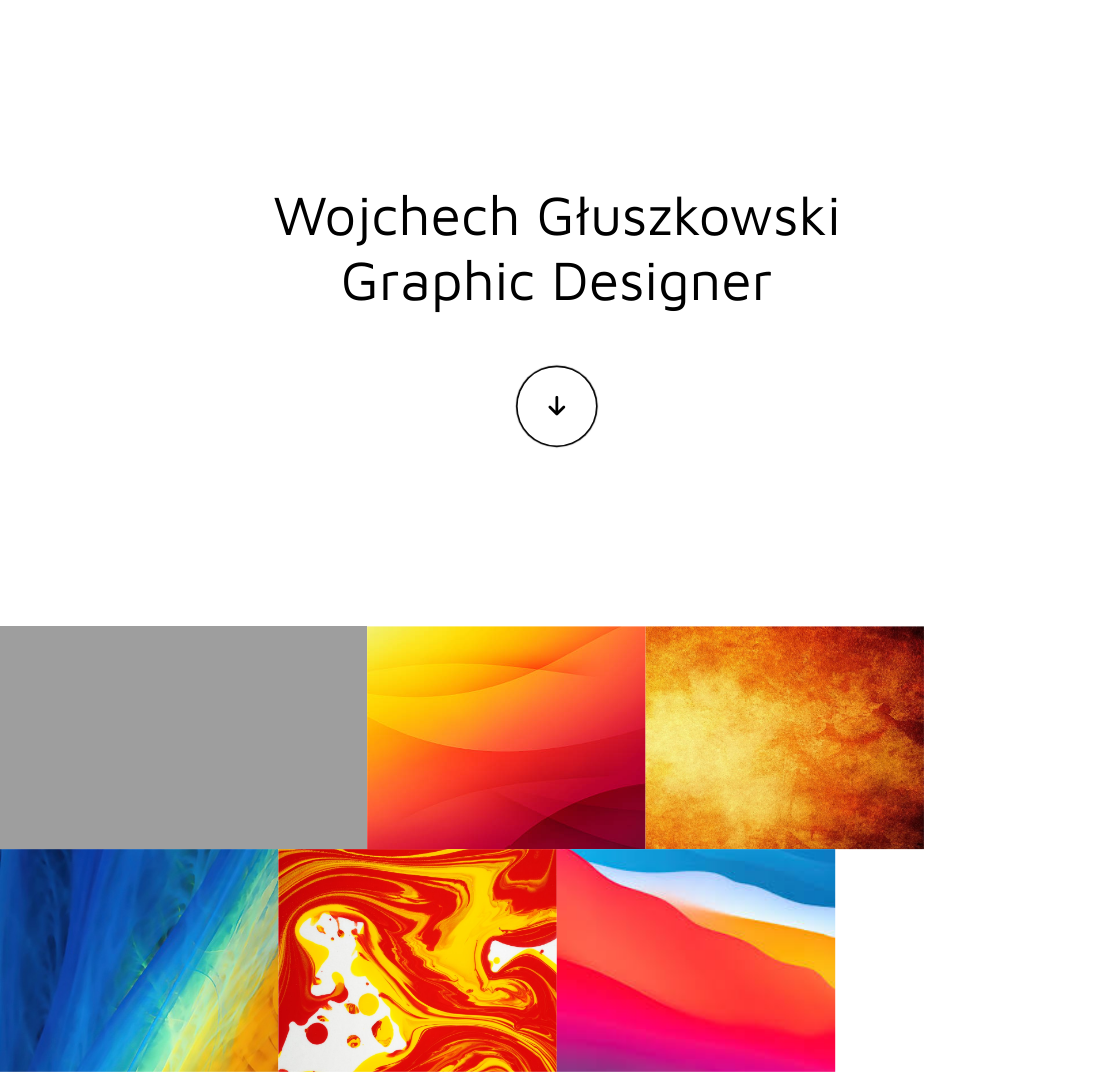
Repository: maciekto/WojciechGluszkowski-Porfolio
Page: /
The author's editor kept a copy of each file at every save. The page is drawn from the files as they stood at one save, then again after the next save.
The browser window is 1280 px wide. The pictures show the whole page, at 87% of full size.
Pictures or frames that could not be fetched are drawn as grey boxes. Some web libraries are served in a nearby version. The project was rebuilt for these pictures with package versions that can differ from the ones it lists, and the page was loaded fresh each time.

Above is the page before, as saved 2022-06-07 14:47:00.

### public/index.html
<!DOCTYPE html>
<html lang="en">
  <head>
    <meta charset="utf-8" />
    <link rel="icon" href="%PUBLIC_URL%/favicon.ico" />
    <meta name="viewport" content="width=device-width, initial-scale=1" />
    <meta name="theme-color" content="#000000" />
    <meta name="description" content="Web site created using create-react-app" />
    <link rel="apple-touch-icon" href="%PUBLIC_URL%/logo192.png" />
    <!--
      manifest.json provides metadata used when your web app is installed on a
      user's mobile device or desktop. See https://developers.google.com/web/fundamentals/web-app-manifest/
    -->
    <link rel="manifest" href="%PUBLIC_URL%/manifest.json" />
    <!--
      Notice the use of %PUBLIC_URL% in the tags above.
      It will be replaced with the URL of the `public` folder during the build.
      Only files inside the `public` folder can be referenced from the HTML.

      Unlike "/favicon.ico" or "favicon.ico", "%PUBLIC_URL%/favicon.ico" will
      work correctly both with client-side routing and a non-root public URL.
      Learn how to configure a non-root public URL by running `npm run build`.
    -->
    <title>React App</title>
    <script src="https://kit.fontawesome.com/47a55d3c51.js" crossorigin="anonymous"></script>
  </head>
  <body>
    <noscript>You need to enable JavaScript to run this app.</noscript>
    <div id="root"></div>
    <!--
      This HTML file is a template.
      If you open it directly in the browser, you will see an empty page.

      You can add webfonts, meta tags, or analytics to this file.
      The build step will place the bundled scripts into the <body> tag.

      To begin the development, run `npm start` or `yarn start`.
      To create a production bundle, use `npm run build` or `yarn build`.
    -->
  </body>
</html>

### src/App.js
import React from 'react';
import logo from './logo.svg';
import './App.scss';

function App() {
  return (
    <div className="App">
      <header className="App-Header">
        Wojchech Głuszkowski<br />
        Graphic Designer
        <div className="App-Button">
          <i className="fa-solid fa-arrow-down App-Button-Arrow"></i>
        </div>

      </header>
      <main className='App-Main'>
        <div className='App-Main-Item App-Main-Item1'>

        </div>
        <div className='App-Main-Item App-Main-Item2'>

        </div>
        <div className='App-Main-Item App-Main-Item3'>

        </div>
        <div className='App-Main-Item App-Main-Item4'>

        </div>
        <div className='App-Main-Item App-Main-Item5'>

        </div>
        <div className='App-Main-Item App-Main-Item6'>

        </div>
      </main>
    </div>
  );
}

export default App;

### src/serviceWorkerRegistration.js
// This optional code is used to register a service worker.
// register() is not called by default.

// This lets the app load faster on subsequent visits in production, and gives
// it offline capabilities. However, it also means that developers (and users)
// will only see deployed updates on subsequent visits to a page, after all the
// existing tabs open on the page have been closed, since previously cached
// resources are updated in the background.

// To learn more about the benefits of this model and instructions on how to
// opt-in, read https://cra.link/PWA

const isLocalhost = Boolean(
  window.location.hostname === 'localhost' ||
    // [::1] is the IPv6 localhost address.
    window.location.hostname === '[::1]' ||
    // 127.0.0.0/8 are considered localhost for IPv4.
    window.location.hostname.match(/^127(?:\.(?:25[0-5]|2[0-4][0-9]|[01]?[0-9][0-9]?)){3}$/)
);

export function register(config) {
  if (process.env.NODE_ENV === 'production' && 'serviceWorker' in navigator) {
    // The URL constructor is available in all browsers that support SW.
    const publicUrl = new URL(process.env.PUBLIC_URL, window.location.href);
    if (publicUrl.origin !== window.location.origin) {
      // Our service worker won't work if PUBLIC_URL is on a different origin
      // from what our page is served on. This might happen if a CDN is used to
      // serve assets; see https://github.com/facebook/create-react-app/issues/2374
      return;
    }

    window.addEventListener('load', () => {
      const swUrl = `${process.env.PUBLIC_URL}/service-worker.js`;

      if (isLocalhost) {
        // This is running on localhost. Let's check if a service worker still exists or not.
        checkValidServiceWorker(swUrl, config);

        // Add some additional logging to localhost, pointing developers to the
        // service worker/PWA documentation.
        navigator.serviceWorker.ready.then(() => {
          console.log(
            'This web app is being served cache-first by a service ' +
              'worker. To learn more, visit https://cra.link/PWA'
          );
        });
      } else {
        // Is not localhost. Just register service worker
        registerValidSW(swUrl, config);
      }
    });
  }
}

function registerValidSW(swUrl, config) {
  navigator.serviceWorker
    .register(swUrl)
    .then((registration) => {
      registration.onupdatefound = () => {
        const installingWorker = registration.installing;
        if (installingWorker == null) {
          return;
        }
        installingWorker.onstatechange = () => {
          if (installingWorker.state === 'installed') {
            if (navigator.serviceWorker.controller) {
              // At this point, the updated precached content has been fetched,
              // but the previous service worker will still serve the older
              // content until all client tabs are closed.
              console.log(
                'New content is available and will be used when all ' +
                  'tabs for this page are closed. See https://cra.link/PWA.'
              );

              // Execute callback
              if (config && config.onUpdate) {
                config.onUpdate(registration);
              }
            } else {
              // At this point, everything has been precached.
              // It's the perfect time to display a
              // "Content is cached for offline use." message.
              console.log('Content is cached for offline use.');

              // Execute callback
              if (config && config.onSuccess) {
                config.onSuccess(registration);
              }
            }
          }
        };
      };
    })
    .catch((error) => {
      console.error('Error during service worker registration:', error);
    });
}

function checkValidServiceWorker(swUrl, config) {
  // Check if the service worker can be found. If it can't reload the page.
  fetch(swUrl, {
    headers: { 'Service-Worker': 'script' },
  })
    .then((response) => {
      // Ensure service worker exists, and that we really are getting a JS file.
      const contentType = response.headers.get('content-type');
      if (
        response.status === 404 ||
        (contentType != null && contentType.indexOf('javascript') === -1)
      ) {
        // No service worker found. Probably a different app. Reload the page.
        navigator.serviceWorker.ready.then((registration) => {
          registration.unregister().then(() => {
            window.location.reload();
          });
        });
      } else {
        // Service worker found. Proceed as normal.
        registerValidSW(swUrl, config);
      }
    })
    .catch(() => {
      console.log('No internet connection found. App is running in offline mode.');
    });
}

export function unregister() {
  if ('serviceWorker' in navigator) {
    navigator.serviceWorker.ready
      .then((registration) => {
        registration.unregister();
      })
      .catch((error) => {
        console.error(error.message);
      });
  }
}

### src/App.scss
@import url('https://fonts.googleapis.com/css2?family=Kumbh+Sans&family=Maven+Pro:wght@400;500;600;700&family=Plus+Jakarta+Sans:wght@300;400;500;600;700;800&display=swap');

.App {
    width: 100vw;
    height: auto;
    font-family: 'Maven Pro', sans-serif;
    &-Header {
        width: 100%;
        height: 100vh;
        display: flex;
        align-items: center;
        justify-content: center;
        text-align: center;
        flex-direction: column;
        font-size: 5vw;
    }
    &-Button {
        transition: box-shadow 0.4s;
        margin-top: 5vw;
        width: 7vw;
        height: 7vw;
        box-shadow: 0px 0px 1px 2px black;
        display: grid;
        place-items: center;
        border-radius: 50%;
        cursor: pointer;
        &-Arrow {
            transition: 0.4s;
            font-size: 2vw;
            // animation: alarm 1s alternate infinite;
            &:hover {
                transition: 0.4s;
                font-size: 5vw;
            }
        }
        &:hover {
            transition: box-shadow 0.4s;
            border: 0px solid black;
            box-shadow: 0px 0px 0px 0px black;
        }
    }
    &-Main {
        width: 100vw;
        height: auto;
        display: flex;
        flex-wrap: wrap;
        &-Item {
            max-width: 33%;
            min-width: 25%;
            min-height: 20vw;
        }
        &-Item1 {
            width: 33%;
            background: url('assets/1.jpeg') center center no-repeat;
            background-size: cover;
        }
        &-Item2 {
            background: url('assets/2.jpeg') center center no-repeat;
            background-size: cover;
        }
        &-Item3 {
            background: url('assets/3.jpeg') center center no-repeat;
            background-size: cover;
        }
        &-Item4 {
            background: url('assets/4.jpeg') center center no-repeat;
            background-size: cover;
        }
        &-Item5 {
            background: url('assets/5.jpeg') center center no-repeat;
            background-size: cover;
        }
        &-Item6 {
            background: url('assets/6.jpeg') center center no-repeat;
            background-size: cover;
        }
    }
}



@keyframes alarm {
    from {
        opacity: 0.2;
    } to {
        opacity: 1;
    }
}

Loaded but not shown: src/index.js (common file); src/index.css (common file); src/reportWebVitals.js (common file)

After the next save:
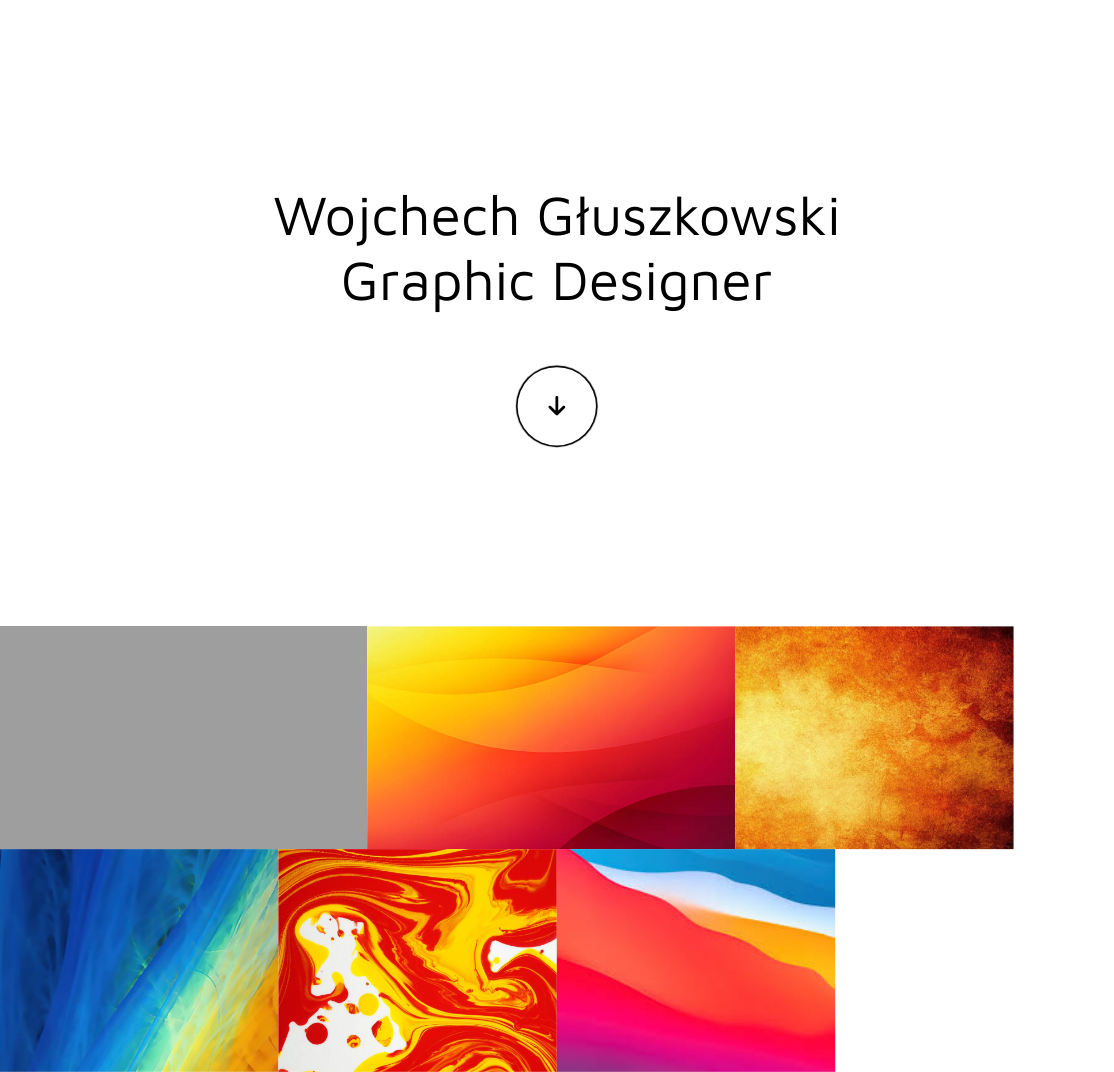
Saved 8 s later.
--- a/src/App.scss
+++ b/src/App.scss
@@ -55,6 +55,7 @@
             background-size: cover;
         }
         &-Item2 {
+            width: 66%;
             background: url('assets/2.jpeg') center center no-repeat;
             background-size: cover;
         }
